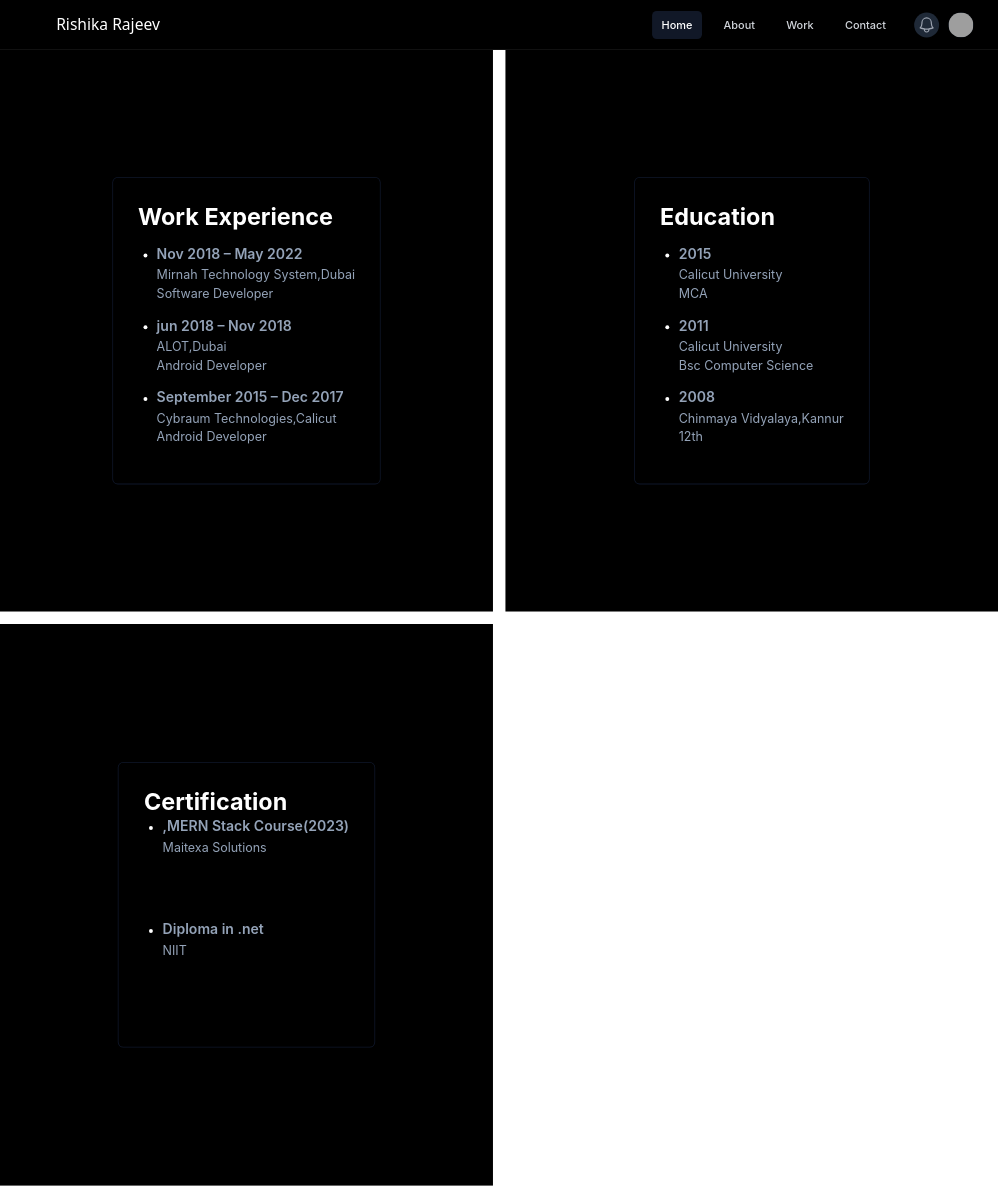
Repository: rishikarajeev/portfolio_rishika
Page: /about
An editor plug-in stored every save of this project. The page is shown before and after the next save, followed by the edit.
The browser window is 1280 px wide. The pictures show the whole page, at 78% of full size.
Pictures or frames that could not be fetched are drawn as grey boxes. The project was rebuilt for these pictures with package versions that can differ from the ones it lists, and the page was loaded fresh each time. Also part of the build but not shown: src/Pages/Home.jsx, src/Pages/Contact.jsx, src/Components/Work.jsx, src/Components/Project.jsx, src/Pages/Mywork.jsx.

Above is the page before, as saved 2023-10-23 18:53:55.

### src/Components/Nav/Nav.jsx
import React from 'react'

function Nav() {
  return (
    <div><nav class="dark:bg-black">
    <div class="mx-auto max-w-7xl px-2 sm:px-6 lg:px-8">
      <div class="relative flex h-16 items-center justify-between">
      <div class="absolute inset-y-0 left-7 flex items-center ">

      <a href="#" class=" text-white  px-3 py-2 text-xl font-medium font-sans" aria-current="page">Rishika Rajeev</a>
        </div>
        <div class="absolute inset-y-0 left-0 flex items-center sm:hidden">

          <button type="button" class="relative inline-flex items-center justify-center rounded-md p-2 text-gray-400 hover:bg-gray-700 hover:text-white focus:outline-none focus:ring-2 focus:ring-inset focus:ring-white" aria-controls="mobile-menu" aria-expanded="false">
            <span class="absolute -inset-0.5"></span>
            <span class="sr-only">Open main menu</span>

            <svg class="block h-6 w-6" fill="none" viewBox="0 0 24 24" stroke-width="1.5" stroke="currentColor" aria-hidden="true">
              <path stroke-linecap="round" stroke-linejoin="round" d="M3.75 6.75h16.5M3.75 12h16.5m-16.5 5.25h16.5" />
            </svg>

            <svg class="hidden h-6 w-6" fill="none" viewBox="0 0 24 24" stroke-width="1.5" stroke="currentColor" aria-hidden="true">
              <path stroke-linecap="round" stroke-linejoin="round" d="M6 18L18 6M6 6l12 12" />
            </svg>
          </button>
        </div>
        <div class="flex flex-1 items-center justify-end sm:items-stretch sm:justify-end">
          {/* <div class="flex flex-shrink-0 items-center">
            <img class="h-8 w-auto" src="https://tailwindui.com/img/logos/mark.svg?color=indigo&shade=500" alt="Your Company"/>
          </div> */}
          <div class="hidden sm:ml-6 sm:block ">
            <div class="flex space-x-4 ">

              <a href="/" class="bg-gray-900 text-white rounded-md px-3 py-2 text-sm font-medium" >Home</a>
              <a href="/about" class="text-gray-300 hover:bg-gray-700 hover:text-white rounded-md px-3 py-2 text-sm font-medium">About</a>
              <a href="/work" class="text-gray-300 hover:bg-gray-700 hover:text-white rounded-md px-3 py-2 text-sm font-medium">Work</a>
              <a href="/contact" class="text-gray-300 hover:bg-gray-700 hover:text-white rounded-md px-3 py-2 text-sm font-medium">Contact</a>
            </div>
          </div>
        </div>
        <div class="absolute inset-y-0 right-0 flex items-center pr-2 sm:static sm:inset-auto sm:ml-6 sm:pr-0">
          <button type="button" class="relative rounded-full bg-gray-800 p-1 text-gray-400 hover:text-white focus:outline-none focus:ring-2 focus:ring-white focus:ring-offset-2 focus:ring-offset-gray-800">
            <span class="absolute -inset-1.5"></span>
            <span class="sr-only">View notifications</span>
            <svg class="h-6 w-6" fill="none" viewBox="0 0 24 24" stroke-width="1.5" stroke="currentColor" aria-hidden="true">
              <path stroke-linecap="round" stroke-linejoin="round" d="M14.857 17.082a23.848 23.848 0 005.454-1.31A8.967 8.967 0 0118 9.75v-.7V9A6 6 0 006 9v.75a8.967 8.967 0 01-2.312 6.022c1.733.64 3.56 1.085 5.455 1.31m5.714 0a24.255 24.255 0 01-5.714 0m5.714 0a3 3 0 11-5.714 0" />
            </svg>
          </button>


          <div class="relative ml-3">
            <div>
              <button type="button" class="relative flex rounded-full bg-gray-800 text-sm focus:outline-none focus:ring-2 focus:ring-white focus:ring-offset-2 focus:ring-offset-gray-800" id="user-menu-button" aria-expanded="false" aria-haspopup="true">
                <span class="absolute -inset-1.5"></span>
                <span class="sr-only">Open user menu</span>
                <img class="h-8 w-8 rounded-full" src="../../Images/WhatsApp Image 2023-10-03 at 11.58.19 AM.jpeg" alt=""/>
              </button>
            </div>

          </div>
        </div>
      </div>
    </div>


    <div class="sm:hidden" id="mobile-menu">
      <div class="space-y-1 px-2 pb-3 pt-2">

        <a href="/" class="bg-gray-900 text-white block rounded-md px-3 py-2 text-base font-medium" aria-current="page">Home</a>
        <a href="/about" class="text-gray-300 hover:bg-gray-700 hover:text-white block rounded-md px-3 py-2 text-base font-medium">About</a>
        <a href="/work" class="text-gray-300 hover:bg-gray-700 hover:text-white block rounded-md px-3 py-2 text-base font-medium">Work</a>
        <a href="/contact" class="text-gray-300 hover:bg-gray-700 hover:text-white block rounded-md px-3 py-2 text-base font-medium">Contact</a>
      </div>
    </div>
  </nav>
  </div>
  )
}

export default Nav

### src/Pages/About.jsx

import React from 'react';
import Nav from '../Components/Nav/Nav';


const AboutPage = () => {

  const experiences = [
    { year: 'Nov 2018 – May 2022', company: 'Mirnah Technology System,Dubai', designation: 'Software Developer' },
    { year: 'jun 2018 – Nov 2018', company: 'ALOT,Dubai', designation: 'Android Developer' },
    { year: 'September 2015 – Dec 2017', company: 'Cybraum Technologies,Calicut', designation: 'Android Developer' },
    // Add more experiences as needed
  ];
  const education_experiences = [
    { year: '2015', College: 'Calicut University',  degree: 'MCA' },
    { year: '2011', College: 'Calicut University', degree: 'Bsc Computer Science' },
    { year: '2008', College: 'Chinmaya Vidyalaya,Kannur', degree: '12th' },
    // Add more experiences as needed
  ];
  const certification = [
    {  Institute: 'Maitexa Solutions', course: ',MERN Stack Course(2023)' },
    {  Institute: 'NIIT',  course: 'Diploma in .net' },
    // Add more experiences as needed
  ];
  return (
    <div class="dark dark:bg-black ">
      <Nav/>
      <div class="">
        <div class="grid grid-cols-1 md:grid-cols-2 gap-4">
          <div className=''>
          <div className="dark:dark:bg-black min-h-screen flex items-center justify-center">
      <div className="max-w-2xl p-8 bg-black  text-white shadow-md rounded-md ring-1 ring-slate-900 ">
        <h1 className="text-3xl font-bold text-white mb-4">Work Experience</h1>
        <ul className="list-disc pl-6">
          {experiences.map((experience, index) => (
            <li key={index} className="mb-4">
              <div className="text-lg  dark:text-slate-400 font-semibold">{experience.year}</div>
              <div className="text-gray-700  dark:text-slate-400">{experience.company}</div>
              <div className="text-gray-600  dark:text-slate-400">{experience.designation}</div>
            </li>
          ))}
        </ul>
      </div>
      </div>

          </div>


          <div className=''>
      <div className="dark:dark:bg-black min-h-screen flex items-center justify-center">
      <div className="max-w-2xl p-8 bg-black  text-white shadow-md rounded-md ring-1 ring-slate-900 ">
        <h1 className="text-3xl font-bold text-white mb-4 ">Education</h1>
        <ul className="list-disc pl-6">
          {education_experiences.map((experience, index) => (
            <li key={index} className="mb-4">
              <div className="text-lg  dark:text-slate-400 font-semibold">{experience.year}</div>
              <div className="text-gray-700  dark:text-slate-400">{experience.College}</div>
              <div className="text-gray-600  dark:text-slate-400">{experience.degree}</div>
            </li>
          ))}
        </ul>
      </div>
      </div>
      </div>
      <div className=''>
          <div className="dark:dark:bg-black min-h-screen flex items-center justify-center">
      <div className="max-w-2xl p-8 bg-black  text-white shadow-md rounded-md ring-1 ring-slate-900 ">
        <h1 className="text-3xl font-bold text-white gap:4">Certification</h1>
        <ul className="list-disc pl-6">
          {certification.map((certification, index) => (
            <li key={index} className="mb-2">
              <div className="text-lg  dark:text-slate-400 font-semibold">{certification.course}</div>
              <div className="text-gray-700  dark:text-slate-400">{certification.Institute}</div>
              <div className="text-black">sss</div>
              <div className="text-black">ss</div>
              <div className="text-black">sss</div>

            </li>
          ))}
        </ul>
      </div>
      </div>

          </div>
      </div>
      </div>

</div>
  );
};

export default AboutPage;

### tailwind.config.js
/** @type {import('tailwindcss').Config} */
module.exports = {
  content: ["./src/**/*.{html,js,jsx}"],
  theme: {
    extend: {},
  },
  darkMode: 'class',
  plugins: [],
}

Loaded but not shown: public/index.html (common file); src/index.js (common file); src/index.css (common file); src/App.js (common file); src/reportWebVitals.js (common file); src/App.css (common file)

After the next save:
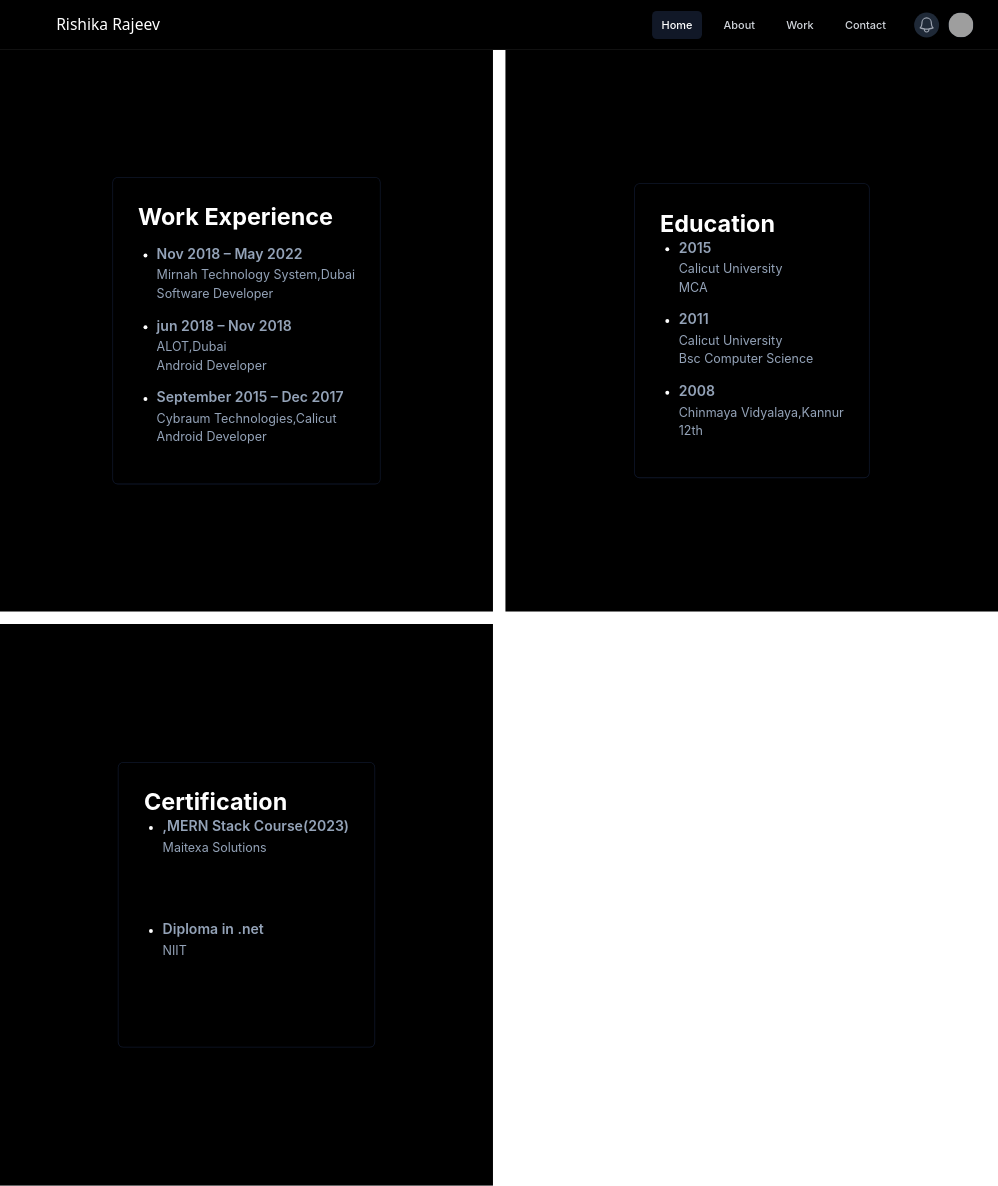
Saved 20 s later.
--- a/src/Pages/About.jsx
+++ b/src/Pages/About.jsx
@@ -49,7 +49,7 @@ const AboutPage = () => {
           <div className=''>
       <div className="dark:dark:bg-black min-h-screen flex items-center justify-center">
       <div className="max-w-2xl p-8 bg-black  text-white shadow-md rounded-md ring-1 ring-slate-900 ">
-        <h1 className="text-3xl font-bold text-white mb-4 ">Education</h1>
+        <h1 className="text-3xl font-bold text-white  ">Education</h1>
         <ul className="list-disc pl-6">
           {education_experiences.map((experience, index) => (
             <li key={index} className="mb-4">
